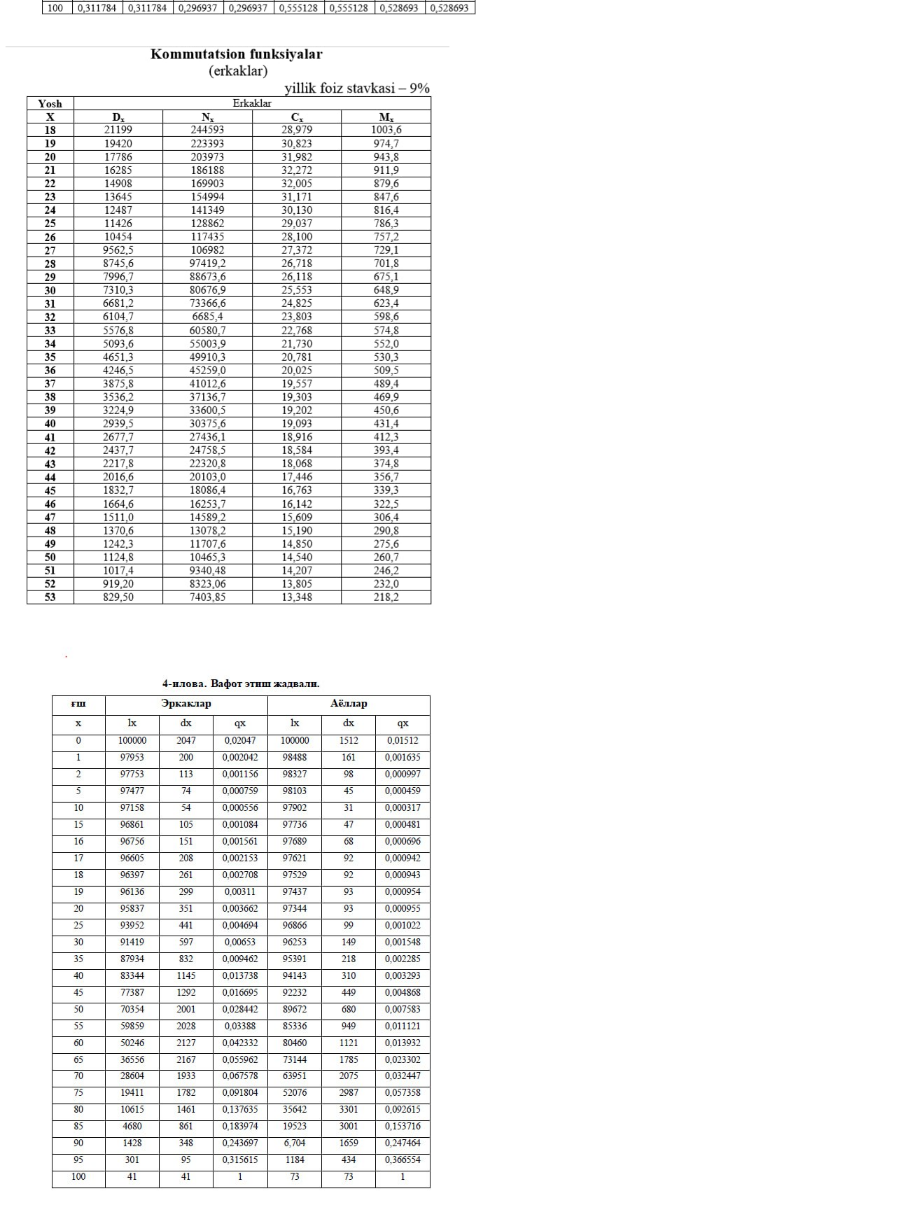
Repository: Ikromkhurozov/exam-inst
Page: index.html
The author's editor kept a copy of each file at every save. The page is drawn from the files as they stood at one save, then again after the next save.
The browser window is 1280 px wide. The page is 1280 px wide, then 1288 px, so the pictures cover 1288 px, including what lies to the right of the window. The pictures show the part of the page from y = 1379 to 3259 px (the page is 3123 px tall before and 3259 px after), at 70% of full size.

Above is the page before, as saved 2023-05-25 12:16:39.

After the next save:
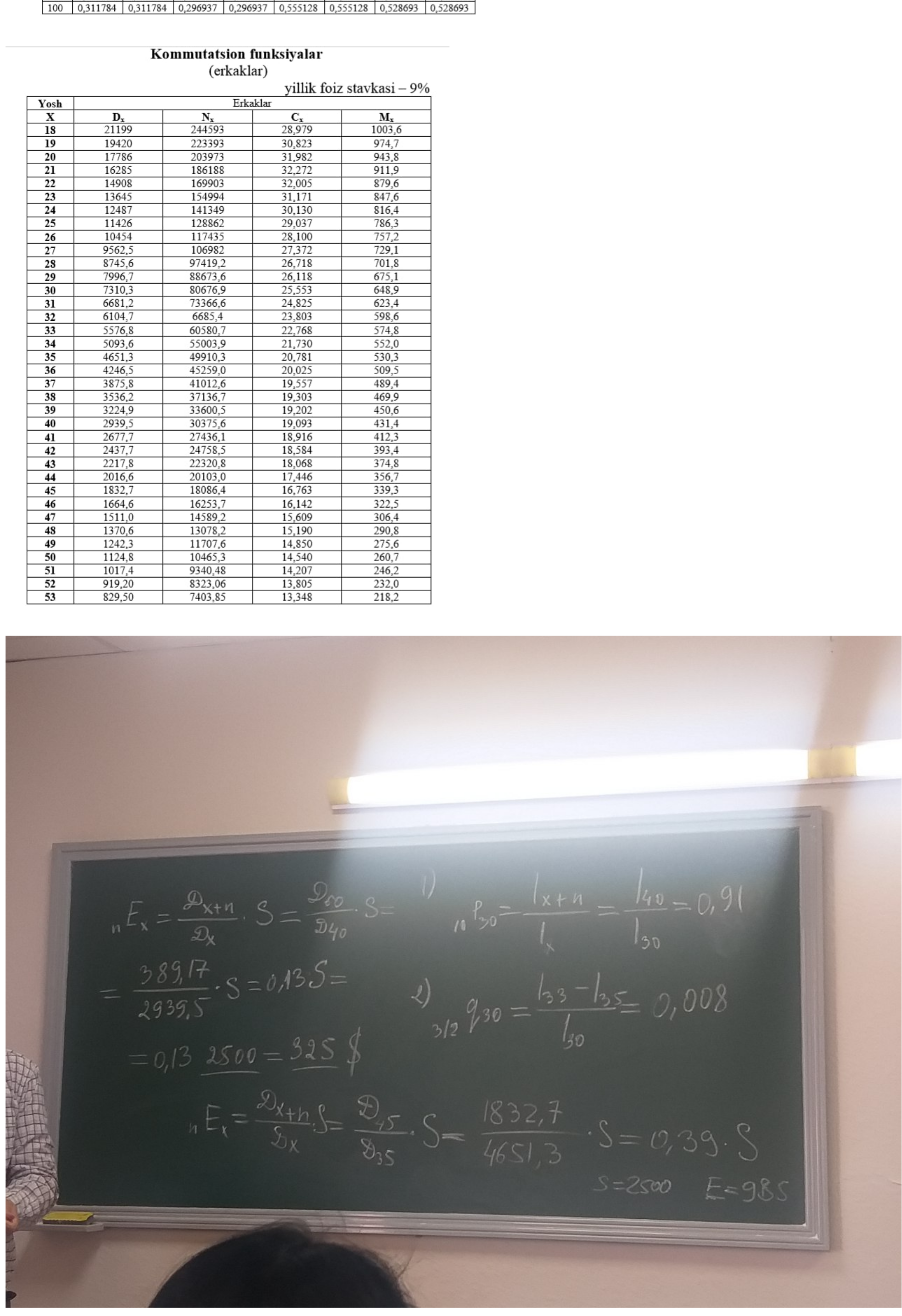
Saved 4 s later.
--- a/index.html
+++ b/index.html
@@ -17,7 +17,7 @@
   <img src="/p1.jpg" alt="p1">
   <img src="/p2.jpg" alt="p1">
   <img src="/p3.jpg" alt="p1">
-  <img src="/p1.jpg" alt="p1">
+  <img src="/p4.jpg" alt="p1">
 
 
 </body>
